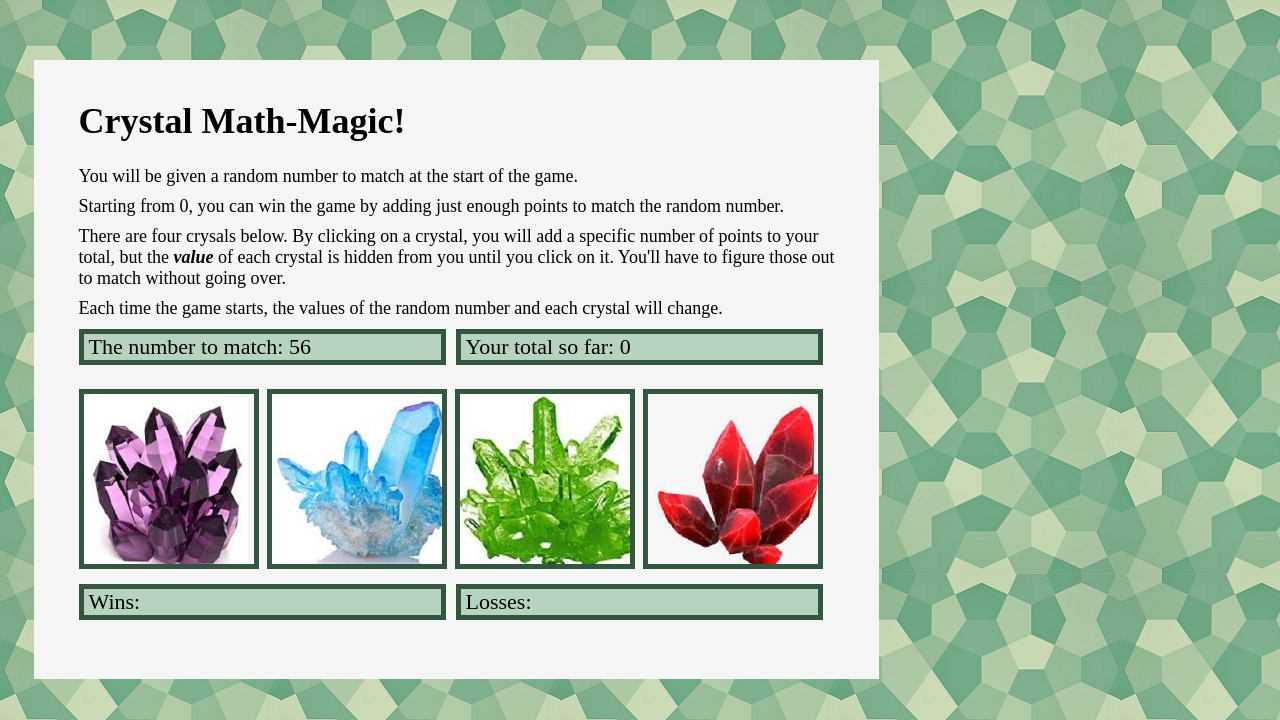
Repository: dsaftler/unit-4-game
Page: index.html
The author's editor kept a copy of each file at every save. The page is drawn from the files as they stood at one save, then again after the next save.
The browser window is 1280 px wide. The pictures show the whole page.
Some web fonts or font styles are not loaded; a fallback is used.

Above is the page before, as saved 2019-04-02 04:44:08.

### index.html
<!DOCTYPE html>
<html lang="en">
<head>
  <meta charset="UTF-8">
  <meta name="viewport" content="width=device-width, initial-scale=1.0">
  <meta http-equiv="X-UA-Compatible" content="ie=edge">
  <link rel="stylesheet" href="assets/css/reset.css">
  <link rel="stylesheet" href="assets/css/style.css">
  <link href="https://fonts.googleapis.com/css?family=BioRhyme" rel="stylesheet">

  <title>Puzzle Crystal matching</title>
</head>
<body>
<div class="container">
  <h1>Crystal Math-Magic!</h1>
  <div class="instructions">
  <p>You will be given a random number to match at the start of the game.</p>
  <p>Starting from 0, you can win the game by adding just enough points to match the random number.</p>
  <p>There are four crysals below.  By clicking on a crystal, you will add a specific number of points to your total, but the <strong><em>value</em></strong> of each crystal is hidden from you until you click on it.  You'll have to figure those out to match without going over. </p>

  <p>Each time the game starts, the values of the random number and each crystal will change.</p>
  </div>

  <div class="scoring-area">
    <div class="half first bordergreen" id="randomTarget">The number to match: </div>

    <div class="half second bordergreen" id="currentTotal">Your total so far: </div>
  </div>
  <div class="crystal-set">
    <div class="crystal bordergreen clearfix" id="crystal_0"><img src="assets/images/crystal_0.jpg"></div>
    <div class="crystal bordergreen clearfix" id="crystal_1"><img src="assets/images/crystal_1.jpg"></div>
    <div class="crystal bordergreen clearfix" id="crystal_2"><img src="assets/images/crystal_2.jpg"></div>
    <div class="crystal bordergreen clearfix" id="crystal_3"><img src="assets/images/crystal_3.jpg"></div>
  </div>
  <div class="scoring-area">
    <div class="half first bordergreen" id="wins">Wins: </div>
    <div class="half second bordergreen" id="losses">Losses: </div>
  </div>
</div>
    <script src="https://ajax.googleapis.com/ajax/libs/jquery/3.3.1/jquery.min.js"></script>
  <script src="assets/javascript/game.js"></script>


</body>
</html>

### assets/css/style.css
* {
  box-sizing: border-box;
}
body {
height: 100%;
background-image: url("../images/congruent_pentagon.png");
background-repeat: repeat;
width: 70%;
font-family: 'BioRhyme',serif;
font-size: 18px;
}

h1 {margin-top: 0px;}
p {
  margin-top: 0em;
  margin-bottom: 0.5em;
}
.container{
  background-color: whitesmoke;
  width: 845px;
  padding: 40px;
  padding-left: 45px;
  margin: auto;
  margin-top: 60px;
  align-content: center;



}
/* .instructions{
  width: 765px;
} */
.scoring-area{
  clear:both;
  /* width:760px; */
  height: 35px;
  margin-bottom: 20px;
  margin-top:10px;
}
.half{
  float: left;
  width: 367px;
  background-color: rgb(182,211,192);
  font-size: 22px;
  padding-left: 5px;

}
.bordergreen {
  border: 5px solid rgb(50, 86, 63)
}
.first {margin-right: 4px;}
.second {margin-left: 6px;}
/* #randomTarget {color: teal;}
#currentTotal {color: teal;} */
.crystal-set{
  /* background-color: #ffffff; */
  height: 190px;
  /* width: 760px; */
  /* padding: 5px; */
  /* padding-left:8px; */
}
.crystal{
  display: block;
  align-content: center;
  float: left;
  height: 180px;
  width: 180px;
  margin-right: 8px;
  margin-right: 8px;
  margin-top: 5px;
}
.clearfix {
  overflow: hidden;
}

### assets/javascript/game.js
 var newGame = true
 var crystalPts = [],
   randomNumber = 0,
   totalPts = 0
 var wins = 0,
   losses = 0
 var lblTotalPts ="Your total so far: ",
      lblRandomNum = "The number to match: "


$(document).ready(function() {
 initGame()
  $(".crystal").click(function(){
  var $target = $(this).attr("id")
   console.log($target);
  // if (newGame) {
  //   initGame()
  // }
    console.log(crystalPts)
    console.log(totalPts)
    for (let i=0; i<4; i++) {
      itarget="crystal_"+i
      console.log(itarget)
      if (itarget==$target){
        var iVal=crystalPts[i]
        console.log(iVal)
        itarget="#"+itarget
        $(itarget).prop('title',crystalPts[i])
        //console.log(i + ' ' + crystalPts +' '+crystalPts[i])
        totalPts = totalPts + iVal;
        console.log(totalPts)
      }
    }

  // show total points
  $('#currentTotal').text(lblTotalPts+totalPts)
  //$('#currentTotal').append(totalPts)
  if (totalPts>=randomNumber){
    if (totalPts===randomNumber){
      alert("you win");
       wins++;
        //target.innerHTML = target.innerHTML + "      " + thisValue
       $('#wins').append(wins)
       // show wins
    }
    if (totalPts>randomNumber){
      alert("you lose");
      losses++;
       $('#losses').append(losses)
      //show losses
    }
    initGame();
  }



});
});

function initGame(){
      crystalPts = [];
      while (crystalPts.length<4) {
        iVar = getRandomPts(12);
        if (!crystalPts.includes(iVar)){
        // if iVar isn't already in the array
          crystalPts.push(iVar);
        }
        //console.log(crystalPts[i])
      }
       $(".crystal").prop('title', '?')

     // newGame = false;
      totalPts=0;
       $('#currentTotal').text(lblTotalPts + totalPts)
      randomNumber = Math.floor(Math.random() * (120 - 19 + 1)) + 19;
      console.log(randomNumber);
       $('#randomTarget').text(lblRandomNum+randomNumber)

  //for crystals 0-3
  // assign random number 1-12
  // randomNumber assign random number 19-120
  // points=0
  // show wins, show losses, show points, show random
}
function getRandomPts(max) {
  return Math.floor(Math.random() * Math.floor(max))+1;
}
function getRandomRng(max,min){
  Math.floor(Math.random() * (max - min + 1)) + min;
}

Loaded but not shown: assets/css/reset.css (no stored copy; drawn as an empty file)

After the next save:
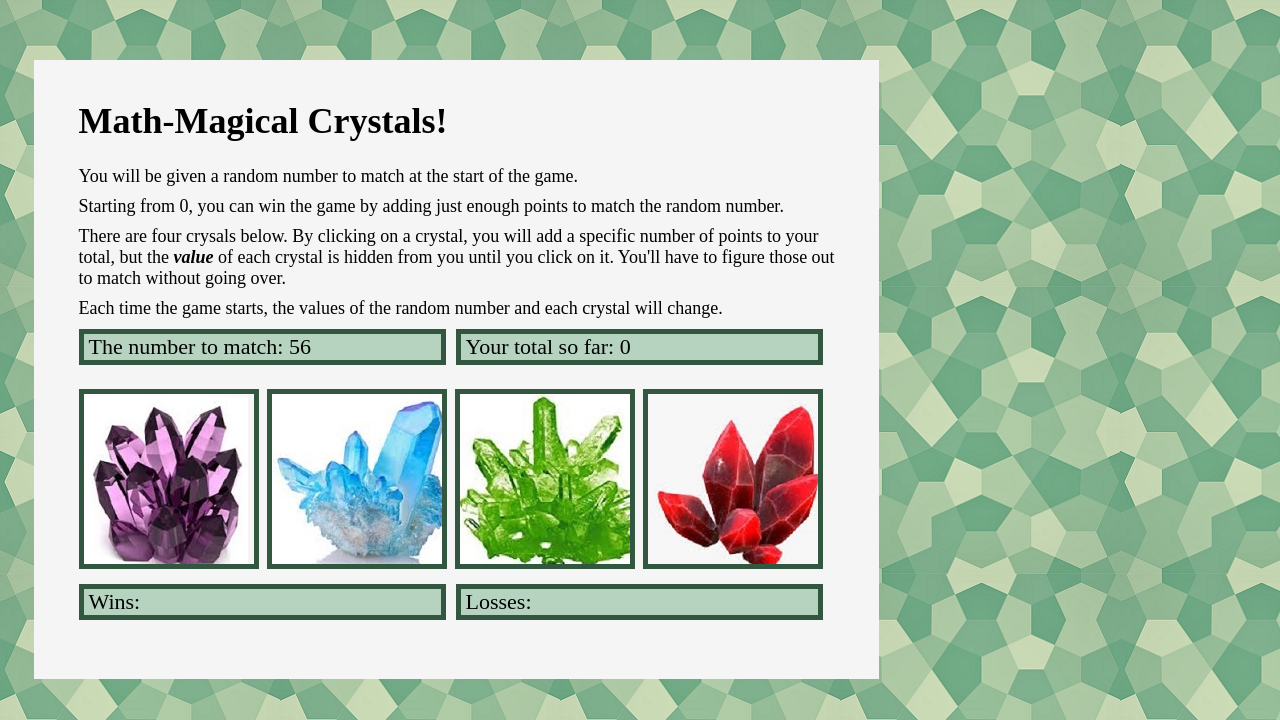
Saved 3 min 19 s later.
--- a/index.html
+++ b/index.html
@@ -8,11 +8,11 @@
   <link rel="stylesheet" href="assets/css/style.css">
   <link href="https://fonts.googleapis.com/css?family=BioRhyme" rel="stylesheet">
 
-  <title>Puzzle Crystal matching</title>
+  <title>Crystal Math Puzzle</title>
 </head>
 <body>
 <div class="container">
-  <h1>Crystal Math-Magic!</h1>
+  <h1>Math-Magical Crystals!</h1>
   <div class="instructions">
   <p>You will be given a random number to match at the start of the game.</p>
   <p>Starting from 0, you can win the game by adding just enough points to match the random number.</p>
